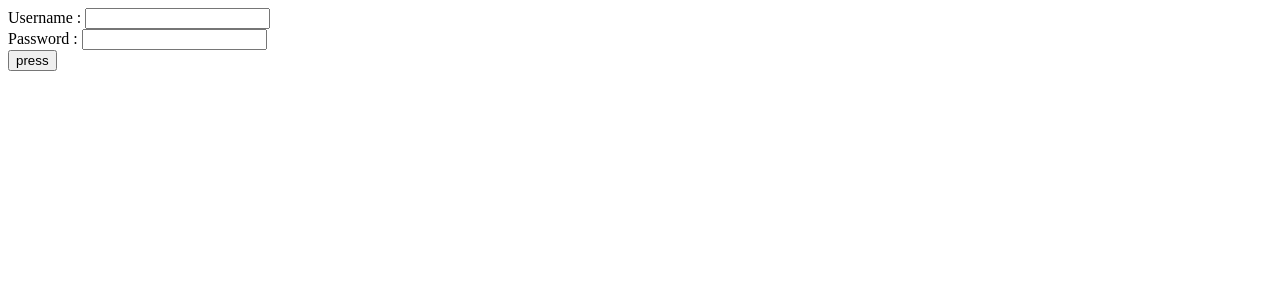
Repository: 2Re-play/Spring_practice
Page: helloServlet/WebContent/index.html
The author's editor kept a copy of each file at every save. The page is drawn from the files as they stood at one save, then again after the next save.
The browser window is 1280 px wide. The pictures show the whole page.

Above is the page before, as saved 2019-10-03 04:34:21.

### helloServlet/WebContent/index.html
<!DOCTYPE html>
<html>
<head>
<meta charset="UTF-8">
<title>Insert title here</title>
</head>
<body>
	<form action= "loginServlet" method = "post">
		Username : <input type="text" name="username"/><br>
		Password : <input type="password" name="password"/> <br>
		<input type="button" value="press"/>
	</form>
</body>
</html>

After the next save:
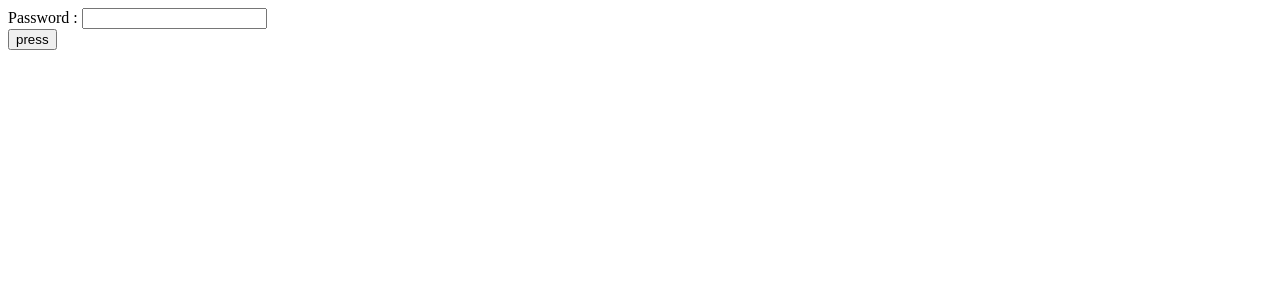
Saved 37 s later.
--- a/helloServlet/WebContent/index.html
+++ b/helloServlet/WebContent/index.html
@@ -6,7 +6,7 @@
 </head>
 <body>
 	<form action= "loginServlet" method = "post">
-		Username : <input type="text" name="username"/><br>
+		<!-- Username : <input type="text" name="username"/><br> -->
 		Password : <input type="password" name="password"/> <br>
 		<input type="button" value="press"/>
 	</form>

After the save that followed:
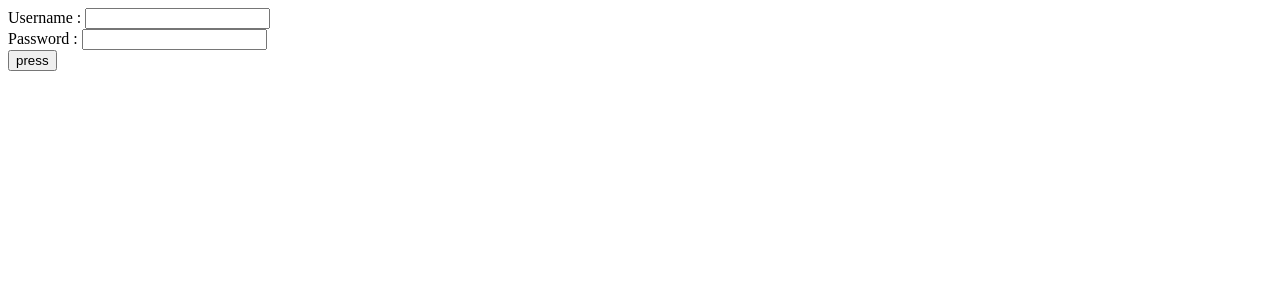
Saved 22 s later.
--- a/helloServlet/WebContent/index.html
+++ b/helloServlet/WebContent/index.html
@@ -6,7 +6,7 @@
 </head>
 <body>
 	<form action= "loginServlet" method = "post">
-		<!-- Username : <input type="text" name="username"/><br> -->
+		Username : <input type="text" name="username"/><br>
 		Password : <input type="password" name="password"/> <br>
 		<input type="button" value="press"/>
 	</form>
